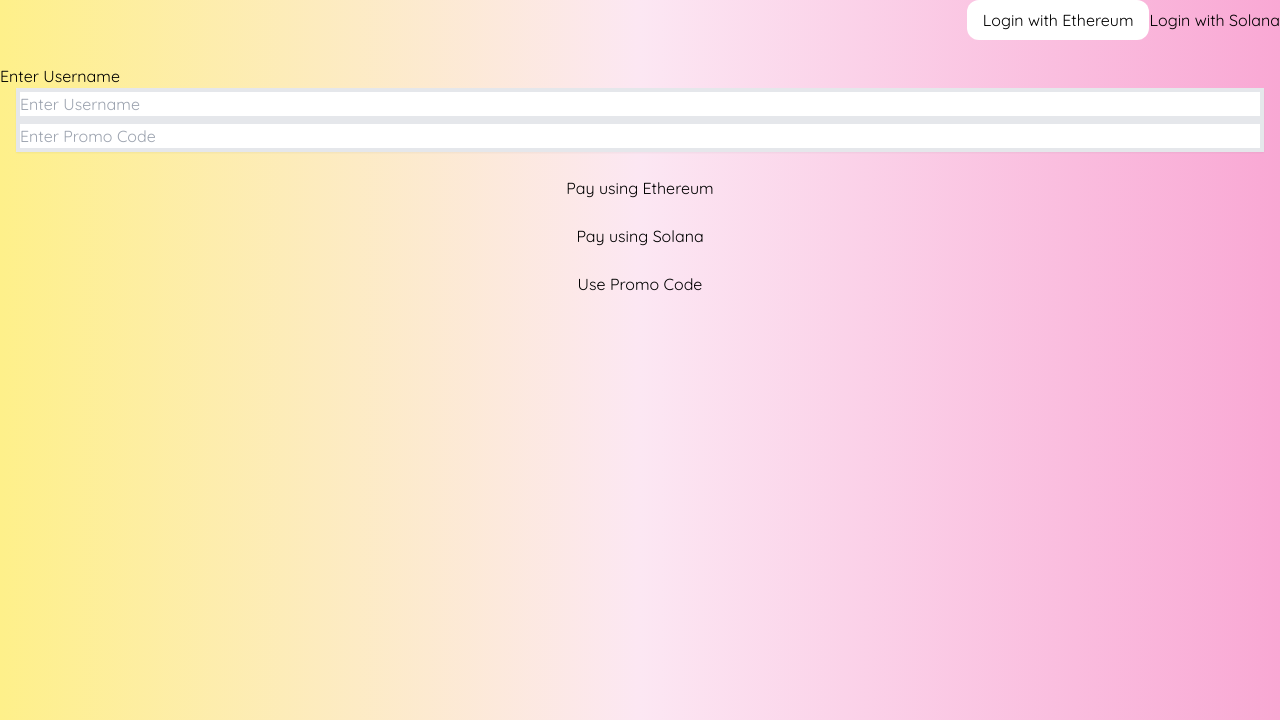
Repository: 22shivam/Polychain
Page: / (app in frontend/)
An editor plug-in stored every save of this project. The page is shown before and after a run of saves, followed by the edit.
The browser window is 1280 px wide. The pictures show the whole page.
The page's requests for data from a server got no answer. The project was rebuilt for these pictures with package versions that can differ from the ones it lists, and the page was loaded fresh each time. The framework's server and built-in components were replaced by stand-ins that run in the browser. No one was signed in, and anything a server would have sent is missing. Also part of the build but not shown: frontend/next.config.js.

Above is the page before, as saved 2022-01-01 11:40:31.

After the next 3 saves:
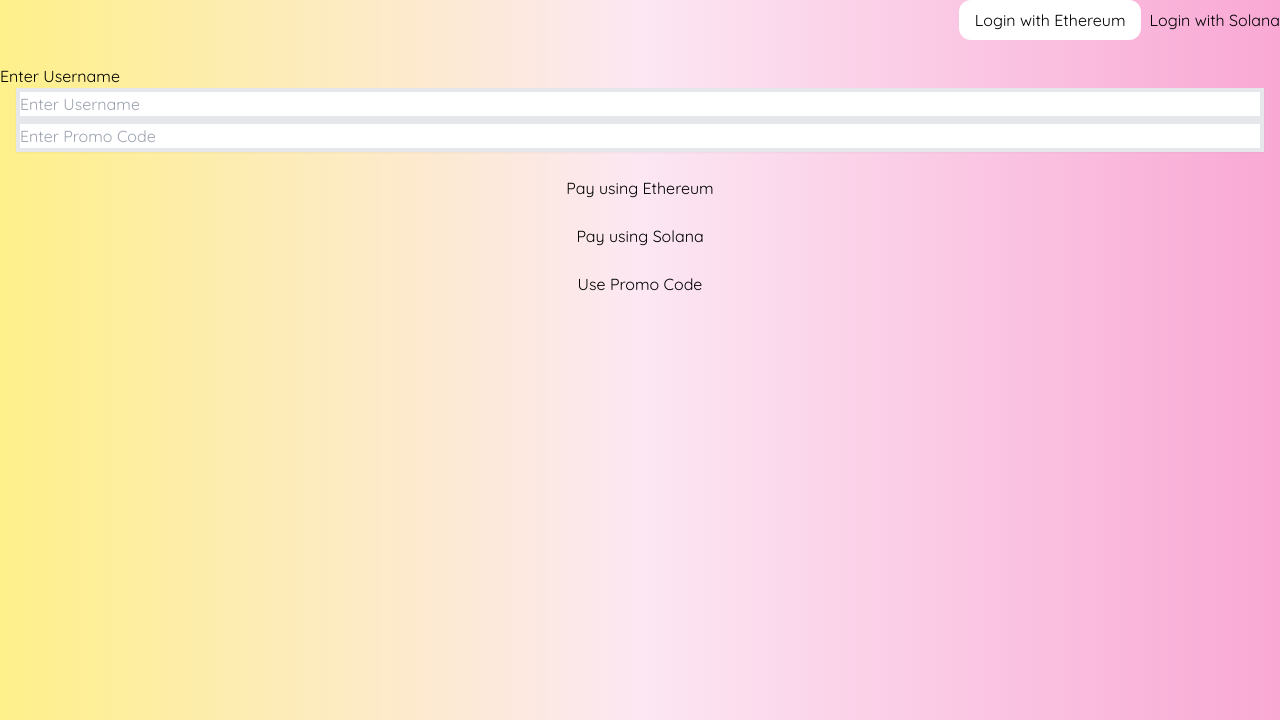
The 3 saves are shown as one change because they came seconds apart.
The last was saved 26 s later.
--- a/frontend/pages/index.js
+++ b/frontend/pages/index.js
@@ -225,7 +225,7 @@ export default function App() {
                         </div>
                         : (
                             <div>
-                                <button className="px-4 py-2 hover:shadow-md bg-white rounded-xl" onClick={ethLogin}>Login with Ethereum</button>
+                                <button className="px-4 py-2 hover:shadow-md bg-white rounded-xl mx-2" onClick={ethLogin}>Login with Ethereum</button>
                                 <button onClick={solLogin}>Login with Solana</button>
                             </div>
                         )}
